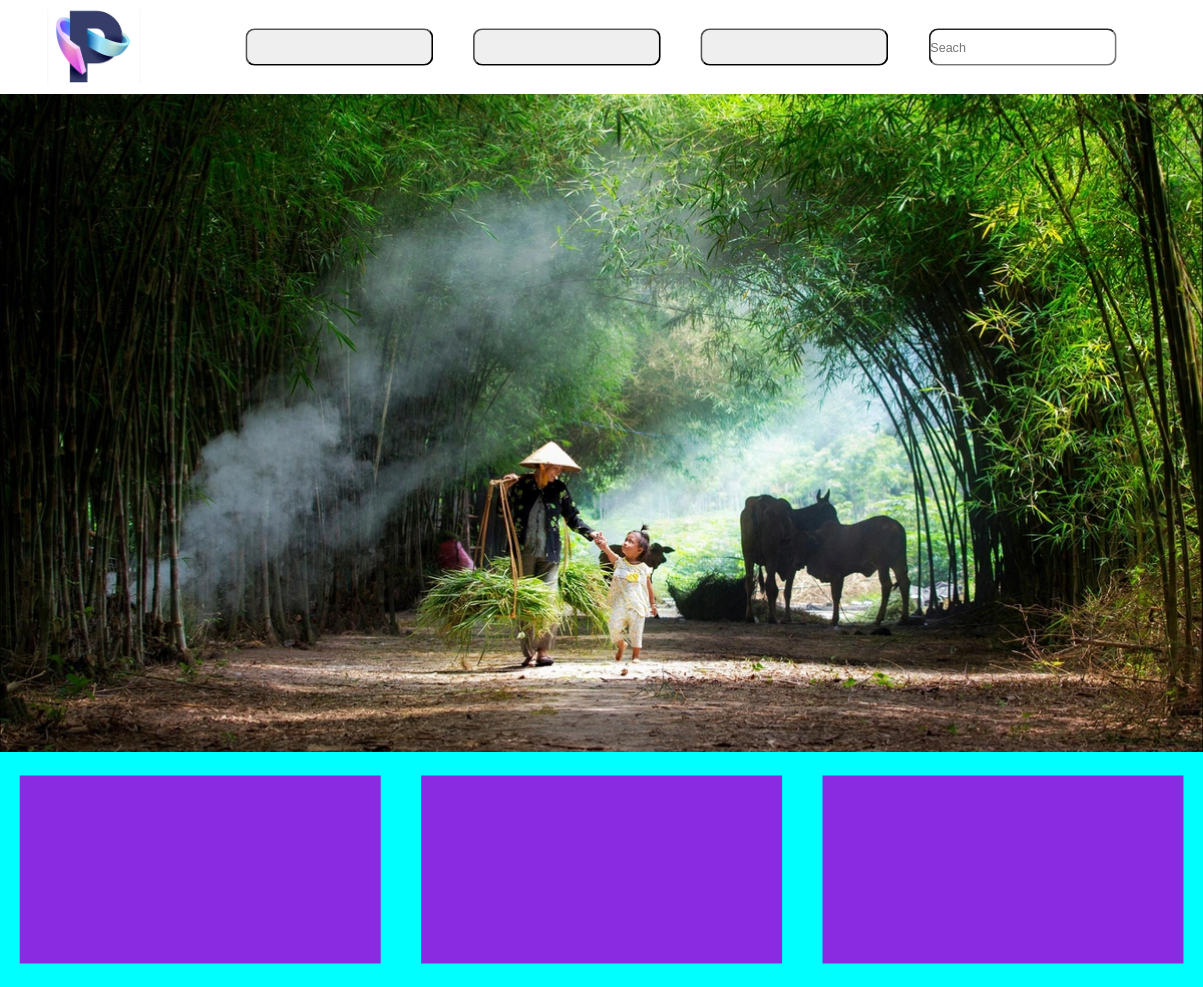
Repository: thinh909thinh/Thi
Page: index.html
An editor plug-in stored every save of this project. The page is shown before and after the next save, followed by the edit.
The browser window is 1280 px wide. The pictures show the whole page, at 94% of full size.

Above is the page before, as saved 2022-05-13 09:01:07.

After the next save:
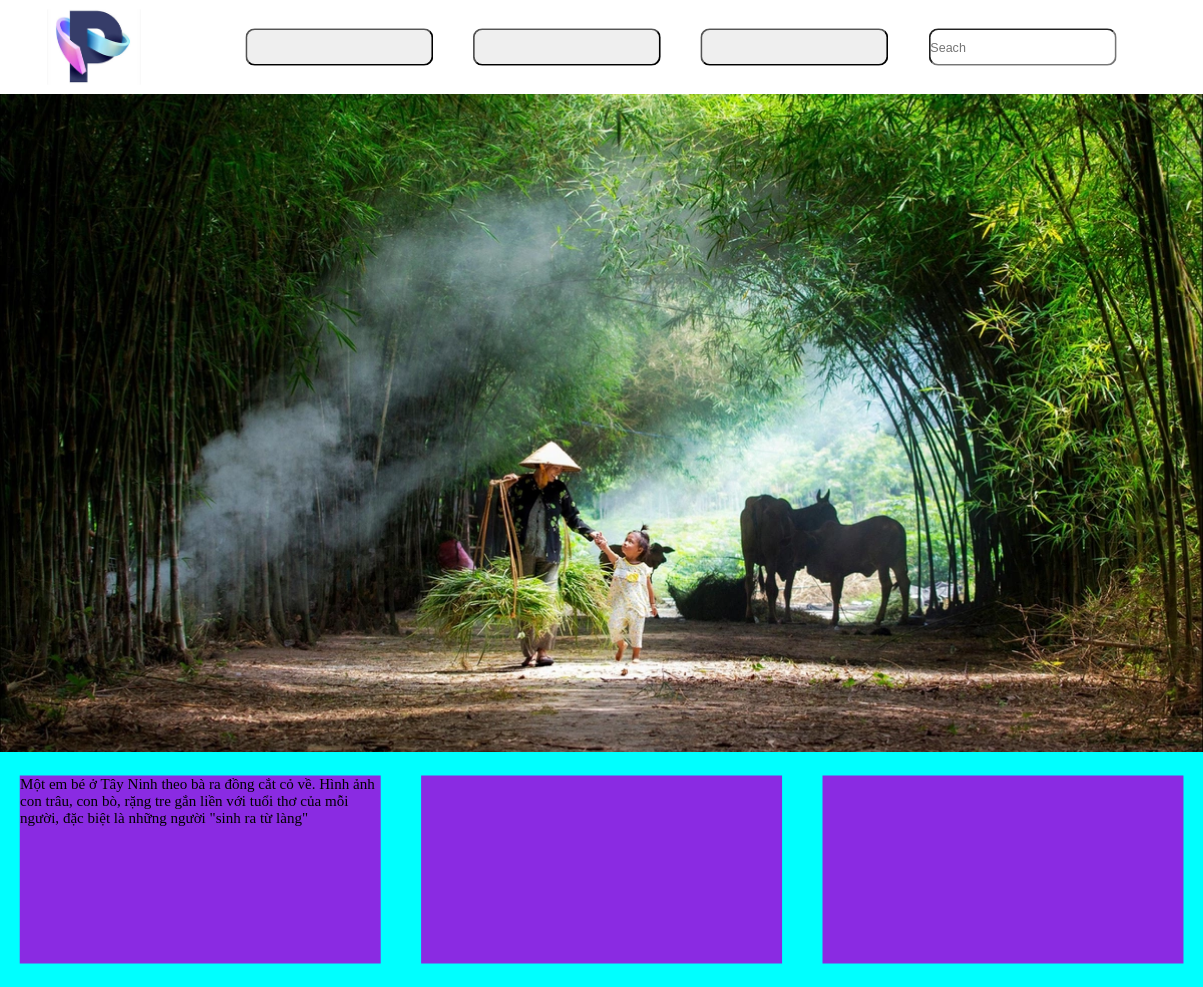
Saved 50 s later.
--- a/index.html
+++ b/index.html
@@ -24,7 +24,11 @@
             <img src="./img/gb.webp" alt="">
         </div>
         <div class="all_text">
-            <div class="text"></div>
+            <div class="text">
+                <p>Một em bé ở Tây Ninh theo bà ra đồng cắt cỏ về.
+                    Hình ảnh con trâu, con bò, rặng tre gắn liền với tuổi thơ của mỗi người,
+                     đặc biệt là những người "sinh ra từ làng"</p>
+            </div>
             <div class="text"></div>
             <div class="text"></div>
         </div>
